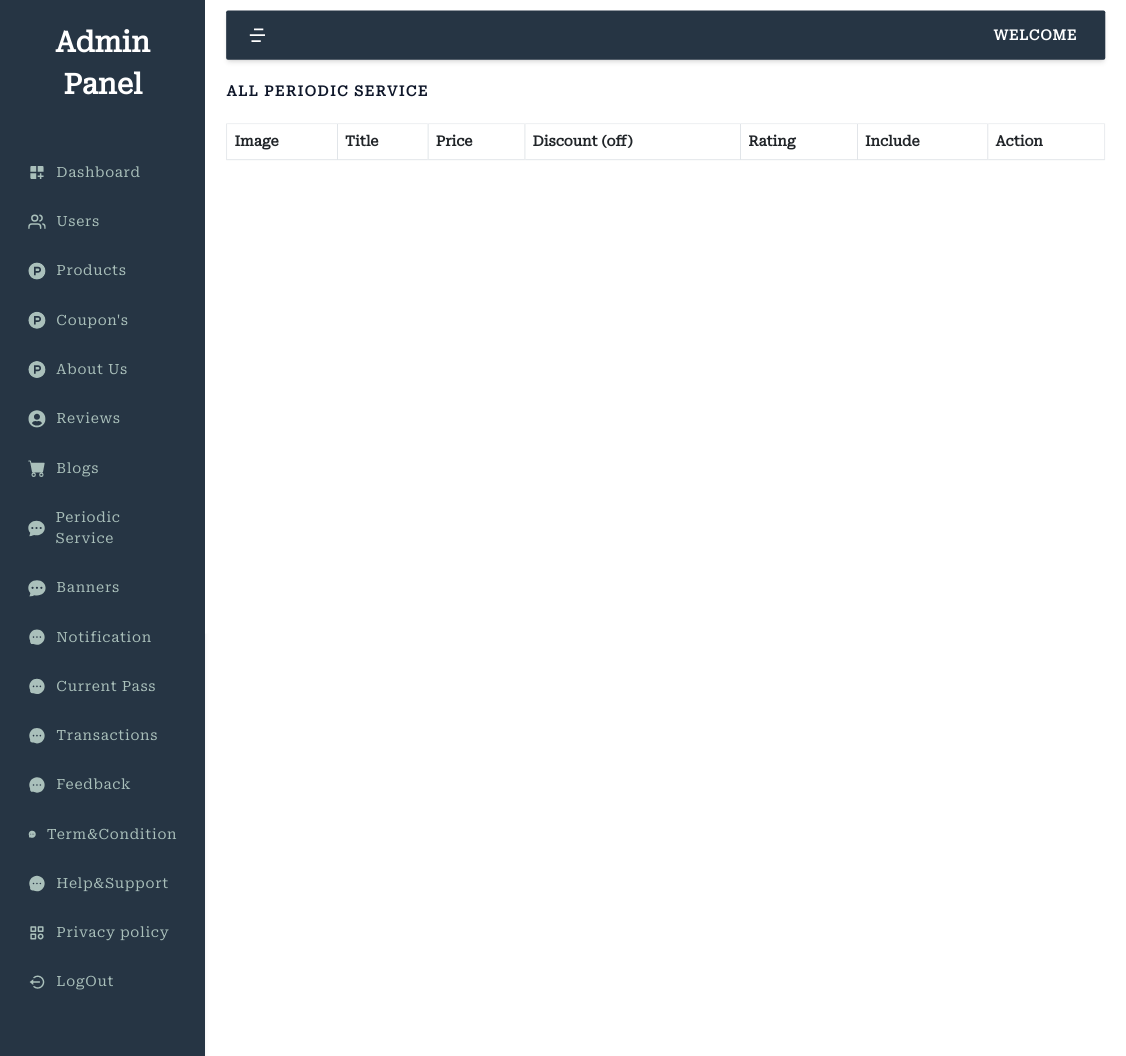
Repository: FlyweisReact/Arun-Chauhan
Page: /complaint
These files come from the project's save history. The page is drawn as it stood at one moment and after a run of saves; the edit follows.
The browser window is 1280 px wide. The pictures show the whole page, at 88% of full size.
Some web libraries are served in a nearby version. The project was rebuilt for these pictures with package versions that can differ from the ones it lists, and the page was loaded fresh each time. Also part of the build but not shown: src/components/forms/Login.jsx, src/components/layout/Navbar.jsx, src/components/layout/Sidebar.jsx, src/components/layout/HOC.jsx, src/components/pages/Dashboard.jsx, src/components/vendorPanel/components/pages/Message/Message.js, src/components/pages/UserKundli/UserKundli.jsx, src/components/pages/discount/Discount.jsx and 27 more.

Above is the page before, as saved 2023-03-14 15:05:58.

### public/index.html
<!-- @format -->

<!DOCTYPE html>
<html lang="en">
  <head>
    <meta charset="utf-8" />
    <!-- <link rel="icon" href="%PUBLIC_URL%/favicon.png" /> -->
    <meta name="viewport" content="width=device-width, initial-scale=1" />
    <meta name="theme-color" content="#000000" />
    <meta
      name="description"
      content="Web site created using create-react-app"
    />
    <link rel="apple-touch-icon" href="%PUBLIC_URL%/favicon.ico?v=2" />



    <link rel="manifest" href="%PUBLIC_URL%/manifest.json" />
    <link rel="preconnect" href="https://fonts.googleapis.com">
    <link rel="preconnect" href="https://fonts.gstatic.com" crossorigin>
    <link href="https://fonts.googleapis.com/css2?family=Roboto+Serif&display=swap" rel="stylesheet">
    <title>Arun   Panel</title>
  </head>
  <body>
    <noscript>You need to enable JavaScript to run this app.</noscript>
    <div id="root"></div>
    <script src="https://code.jquery.com/jquery-3.6.0.min.js"></script>
    <script src="https://kit.fontawesome.com/b533b351e4.js" crossorigin="anonymous"></script>
  </body>
</html>

### src/index.js
import React from "react";
import ReactDOM from "react-dom/client";
import "./index.css";
import App from "./App";
import { BrowserRouter } from "react-router-dom";
import 'bootstrap/dist/css/bootstrap.min.css'

const root = ReactDOM.createRoot(document.getElementById("root"));
root.render(
  <React.StrictMode>
    <BrowserRouter>
      <App />
    </BrowserRouter>
  </React.StrictMode>
);

### src/index.css
/** @format */

@tailwind base;
@tailwind components;
@tailwind utilities;




body {
  margin: 0;
  font-family: 'Roboto Serif', serif  !important;
  -webkit-font-smoothing: antialiased;
  -moz-osx-font-smoothing: grayscale;
}

/* Wcomponents */
.wcomp::-webkit-scrollbar {
  width: 0px;
}
::-webkit-scrollbar {
  width: 0px;
}
::-webkit-scrollbar-track {
  background: #696f78;
}
/* Handle */
::-webkit-scrollbar-thumb {
  background: #b4b8bf;
}

.main-card--container {
  display: grid;
  grid-template-columns: repeat(3, minmax(300px, 500px));
  grid-gap: 50px;
  justify-content: space-around;
}
.card-container {
  margin: 25px 0 auto;
  position: relative;
  display: grid;
  grid-template-columns: 1fr;
  justify-content: space-around;
  align-items: flex-start;
}

.img-thumbnail {
  width: 80px;
}
.img-large {
  max-width: 80%;
}

.formInput {
  padding: 5px;
}

.BannerImg{
  display: grid;
  grid-template-columns: auto auto auto;
  margin: 20px;
  justify-content: space-evenly;
  text-align: center;
}
.BannerImg div{
  box-shadow: rgba(0, 0, 0, 0.35) 0px 5px 15px;
  padding: 10px;

}
.BannerImg img{
  width: 400px;
  height: 200px;
}


li{
  list-style: disc;
}
.carouselImages{
  width: 200px !important;
}
.Car{
  width: 200px !important;
}

.three-Sec{
  display: grid;
  justify-content: space-evenly;
  grid-template-columns: auto auto auto;
  text-align: center;
  color: black;

}
.three-Sec div{
  box-shadow: rgba(0, 0, 0, 0.35) 0px 5px 15px;
  margin-top: 40px;
  padding : 10px;
}
.three-Sec img{
  width: 400px;
}
.three-Sec p{
  font-size: 20px;
  font-weight: bold;
  margin: 0;
}
.three-Sec button{
  border: 1px solid #B80000;
  background-color: #ffff;
  color: #B80000;
  width: 100%;
  padding: 3px;
  margin-top: 10px;
  font-size: 20px;
  transition: 0.5s;
}

.three-Sec button:hover{
  background-color: #B80000;
  color: #ffff;
}

### src/App.js
/** @format */

import { Routes, Route } from "react-router-dom";
import Login from "./components/forms/Login";
import Dashboard from "./components/pages/Dashboard";
import { ToastContainer } from "react-toastify";
import MSG from "./components/vendorPanel/components/pages/Message/Message";
import "react-toastify/dist/ReactToastify.css";
import UserKundli from "./components/pages/UserKundli/UserKundli";
import Discount from "./components/pages/discount/Discount";
import Chat from "./components/pages/reactChat/Chat";
import Horoscope from "./components/pages/horoScope/Horoscope";
import Specification from "./components/pages/SpecificationPage/Specification";
import VendorLogin from "./components/vendorPanel/components/forms/VendorLogin";
import VendorDashboard from "./components/vendorPanel/components/pages/VendorDashboard";
import Fedd from "./components/pages/FeedBack/Fedd";
import Users from "./components/vendorPanel/components/pages/Users/Users";
import TimeSlots from "./components/pages/TimeSlots/TimeSlots";
import Documents from "./components/pages/Documents/Documents";
import Notify from "./components/pages/Notifications/Notify";
import ProductDetail from "./components/pages/FeedBack/ProductDetail";
import Product from "./components/vendorPanel/components/pages/Products/Product";
import Category from "./components/vendorPanel/components/pages/Category/Category";
import Order from "./components/vendorPanel/components/pages/Orders/Order";
import Complaint from "./components/vendorPanel/components/pages/Complaint/Complaint";
import Vendor from "./components/vendorPanel/components/pages/Vendors/Vendor";
import SubCategory from "./components/pages/Subcategory/SubCategory";
import Tour from "./components/vendorPanel/components/pages/Tour";
import Transaction from "./components/vendorPanel/components/pages/Transaction";
import Privacy from "./components/vendorPanel/components/pages/Terms/Privacy";
import Terms from "./components/vendorPanel/components/pages/Terms/Terms";
import Transactions from './components/vendorPanel/components/pages/Users/Transactions'
import CurrentPass from "./components/vendorPanel/components/pages/Users/CurrentPass";
import Offers from "./components/vendorPanel/components/pages/Users/Offers";
import FeedBack from "./components/vendorPanel/components/pages/Users/FeedBack";
import TermsCon from "./components/vendorPanel/components/pages/Users/TermsCon";
import HelpSupport from "./components/vendorPanel/components/pages/Users/HelpSupport";

function App() {
  return (
    <>
      <ToastContainer />

      <Routes>
        <Route path="/vendorLogin" element={<Login />} />
        <Route path="/dashboard" element={<Dashboard />} />
        <Route path="/userkundli" element={<UserKundli />} />
        <Route path="/discount" element={<Discount />} />
        <Route path="/horoscope" element={<Horoscope />} />
        <Route path="/specification" element={<Specification />} />


        <Route path="/chat" element={<Chat />} />
        <Route path="feedback" element={<Fedd />} />
        <Route path="/time" element={<TimeSlots />} />
        <Route path="/document" element={<Documents />} />
        <Route path="/subCategory" element={<SubCategory />} />
        <Route path="/not" element={<Notify />} />
        <Route path="/viewProduct/:id" element={<ProductDetail />} />


        {/* Admin Panel */}
        <Route path="/" element={<VendorLogin />} />
        <Route path="/ven" element={<Vendor />} />
        <Route path="/product" element={<Product />} />
        <Route path="/tour" element={<Tour />} />
        <Route path='/transaction' element={<Transaction />} />
        <Route path="/users" element={<Users />} />
        <Route path="/order" element={<Order />} />
        <Route path="/msg" element={<MSG />} />
        <Route path="/complaint" element={<Complaint />} />
        <Route path="/vendorDashboard" element={<VendorDashboard />} />
        <Route path="/category" element={<Category />} />
        <Route path="/privacy" element={<Privacy />} />
        <Route path="/terms" element={<Terms />} />
        <Route path="/trans" element={<Transactions />} />
        <Route path="/currentPass" element={<CurrentPass />} />
        <Route path="/offers" element={<Offers />} />
        <Route path="/feedBacks" element={<FeedBack />} />
        <Route path="/termsCon" element={<TermsCon />} />
        <Route path='/helpSupport' element={<HelpSupport />} />
      </Routes>
    </>
  );
}

export default App;

### src/components/vendorPanel/components/pages/Complaint/Complaint.js
/** @format */
import React, {  useState } from "react";
import { Table , Modal ,Button , Form} from "react-bootstrap";
import HOC from "../../layout/HOC";



const Complaint = () => {
  const [modalShow, setModalShow] = useState(false);


  function MyVerticallyCenteredModal(props) {
    return (
      <Modal
        {...props}
        size="lg"
        aria-labelledby="contained-modal-title-vcenter"
        centered
      >
        <Modal.Header closeButton>
          <Modal.Title id="contained-modal-title-vcenter">
            Update Help&Support
          </Modal.Title>
        </Modal.Header>
        <Modal.Body>
          <Form>
            <Form.Group className="mb-3">
              <Form.Label>Name</Form.Label>
              <Form.Control
                type="text"
              />
          </Form.Group>
            <Form.Group className="mb-3">
              <Form.Label>Email</Form.Label>
              <Form.Control
                type="text"
              />
            </Form.Group>
            <Button variant="outline-success" type="submit">
              Submit
            </Button>
          </Form>
        </Modal.Body>
        <Modal.Footer></Modal.Footer>
      </Modal>
    );
  }





  return (
    <>

<MyVerticallyCenteredModal
          show={modalShow}
          onHide={() => setModalShow(false)}
        />

      <section>
        <div className="pb-4 sticky top-0  w-full flex justify-between items-center bg-white">
          <span className="tracking-widest text-slate-900 font-semibold uppercase ">
          All Periodic Service
          </span>
        </div>

        <div style={{ maxWidth: "100%", overflow: "auto" }}>
          <Table striped bordered hover>
            <thead>
              <tr>
                <th> Image</th>
                <th> Title</th>
                <th> Price</th>
                <th> Discount (off)</th>
                <th>Rating</th>
                <th>Include</th>
                <th>Action</th>
              </tr>
            </thead>
            <tbody>

            </tbody>
          </Table>
        </div>
      </section>
    </>
  );
};


export default HOC(Complaint);

### src/components/vendorPanel/components/layout/HOC.jsx
import React, { useState } from "react";
import Navbar from "./Navbar";
import Sidebar from "./Sidebar";

const HOC = (Wcomponenet) => {
  return function Component() {
    const [hamb, setHamb] = useState(false);
    return (
      <>
        <section className="flex overflow-x-hidden relative">
          {/* Sidebar */}
          <div
            className={
              hamb
                ? " absolute top-0 z-30 md:w-auto shadow-md bg-slate-200  w-60 transition-all md:-left-full left duration-150  h-auto overflow-y-auto  left-0 "
                : " md:w-72 z-30 bg-slate-200  shadow-md  md:static absolute top-0 -left-full   transition-all duration-150  overflow-y-auto h-auto"
            }
          >
            <Sidebar hamb={hamb} setHamb={setHamb} />
          </div>
          {/* Components & Navbar */}
          <div
            className={
              hamb
                ? " transition-all px-4 py-2  bg-white duration-150 w-full h-screen"
                : " w-full h-screen  px-4 py-2  bg-white z-50 transition-all duration-150 "
            }
          >
            <Navbar hamb={hamb} setHamb={setHamb} />
            <div className="my-6 text-white h-[87%] wcomp overflow-y-auto">
              <Wcomponenet />
            </div>
          </div>
        </section>
      </>
    );
  };
};

export default HOC;

### src/components/vendorPanel/components/layout/Navbar.jsx
/** @format */

import { RiMenu4Line } from "react-icons/ri";

const Navbar = ({ hamb, setHamb }) => {

  return (
    <>

      <div
        className={
          hamb
            ? "flex  w-full justify-between  my-1 rounded-sm  p-4 py-3 shadow-md items-center  bg-slate-200 space-x-4"
            : "flex  w-full justify-between my-1 rounded-sm  p-4 py-3 shadow-md items-center  bg-slate-200 space-x-4"
        }
        style={{   backgroundColor: "#263544", color : "#fff"}}
      >
        <RiMenu4Line
          onClick={() => setHamb(!hamb)}
          className="text-2xl font-bold text-#fff-900 hover:scale-90 cursor-pointer"
        />

        <section className="flex sm:ml-auto justify-end sm:w-full items-center space-x-2  pr-2">
          <figcaption className="tracking-wider pl-1 font-semibold">
            <div className="lg:text-base text-sm text-#fff-900  uppercase" >
              Welcome
            </div>
          </figcaption>
        </section>


      </div>
    </>
  );
};

export default Navbar;

### src/components/vendorPanel/components/layout/Sidebar.jsx
/** @format */

import React from "react";
import { RiCloseLine } from "react-icons/ri";
import { Link, useNavigate } from "react-router-dom";
import { BsFillCartFill } from "react-icons/bs";
import { BiLogOutCircle ,BiCategory } from "react-icons/bi";
import { MdDashboardCustomize } from "react-icons/md";
import { BsFillChatDotsFill } from "react-icons/bs";
import { AiFillMessage } from "react-icons/ai";
import {FaProductHunt , FaUserCircle} from 'react-icons/fa'
import {FiUsers} from 'react-icons/fi'

const Sidebar = ({ hamb, setHamb }) => {
  const navigate = useNavigate();

  const nav = [
    {
      icon: <MdDashboardCustomize className="text-xl mr-3 rounded-full " />,
      link: "/vendorDashboard",
      name: "Dashboard",
    },
    {
      icon: <FiUsers className="text-xl mr-3" />,
      link: "/ven",
      name: "Users",
    },
    {
      icon: <FaProductHunt className="text-xl mr-3 rounded-full " />,
      link: "/tour",
      name: "Products",
    },
    {
      icon: <FaProductHunt className="text-xl mr-3 rounded-full " />,
      link: "/product",
      name: "Coupon's",
    },
    {
      icon: <FaProductHunt className="text-xl mr-3 rounded-full " />,
      link: "/transaction",
      name: "About Us",
    },
    {
      icon: <FaUserCircle className="text-xl mr-3" />,
      link: "/users",
      name: "Reviews",
    },
    {
      icon: <BsFillCartFill className="text-xl mr-3" />,
      link: "/order",
      name: "Blogs",
    },
    {
      icon: <BsFillChatDotsFill className="text-xl mr-3" />,
      link: "/complaint",
      name: "Periodic Service",
    },
    {
      icon: <BsFillChatDotsFill className="text-xl mr-3" />,
      link: "/offers",
      name: "Banners",
    },
    {
      icon: <AiFillMessage className="text-xl mr-3 rounded-full " />,
      link: "/msg",
      name: "Notification",
    },
    {
      icon: <AiFillMessage className="text-xl mr-3 rounded-full " />,
      link: "/currentPass",
      name: "Current Pass",
    },
    {
      icon: <AiFillMessage className="text-xl mr-3 rounded-full " />,
      link: "/trans",
      name: "Transactions",
    },
    {
      icon: <AiFillMessage className="text-xl mr-3 rounded-full " />,
      link: "/feedBacks",
      name: "Feedback",
    },
    {
      icon: <AiFillMessage className="text-xl mr-3 rounded-full " />,
      link: "/termsCon",
      name: "Term&Condition",
    },
    {
      icon: <AiFillMessage className="text-xl mr-3 rounded-full " />,
      link: "/helpSupport",
      name: "Help&Support",
    },
    {
      icon: <BiCategory className="text-xl mr-3" />,
      link: "/privacy",
      name: "Privacy policy",
    }
  ];

  const logOut = () => {
    localStorage.removeItem("token");
    navigate("/vendorLogin");
  };

  return (
    <>
      <div className="p-4 h-auto"   style={{
          backgroundColor: "#263544",
          minHeight : '100vh'
        }}>
        {/* Top */}
        <div className="w-full md:hidden relative  p-2 mb-4">
          <RiCloseLine
            onClick={() => setHamb(!hamb)}
            className="text-3xl  absolute top-2 sm:hover:rotate-[228deg] transition-transform font-bold right-2 sm:hover:text-[22px] text-[rgb(241,146,46)] cursor-pointer"
          />
        </div>
        {/* Logo */}
        <figure className="flex  flex-col items-center">
        <span
            className="font-bold text-[rgb(241,146,46)]"
            style={{ fontSize: "2rem", textAlign: "center", color: "#fff" }}
          >
            Admin Panel
          </span>
        </figure>
        {/* Nav-menu */}
        <nav className="py-6">
          {nav.map((nav) => {
            return (
              <Link to={nav.link} key={nav.name} className="" style={{textDecoration : 'none'}}>
                <span className="flex my-3 items-center cursor-pointer    tracking-wider p-2 rounded-sm"  style={{ color: "#aac0bb"  , textDecoration : 'none'}}>
                  {nav.icon} {nav.name}
                </span>
              </Link>
            );
          })}
          <span
            className="flex my-3 items-center cursor-pointer   tracking-wider p-2 rounded-sm"
            onClick={() => logOut()}
            style={{ color: "#aac0bb" }}
          >
            <BiLogOutCircle className="text-xl mr-3 rounded-full " /> LogOut
          </span>
        </nav>
      </div>
    </>
  );
};

export default Sidebar;

Loaded but not shown: tailwind.config.js (common file)

After the next 3 saves:
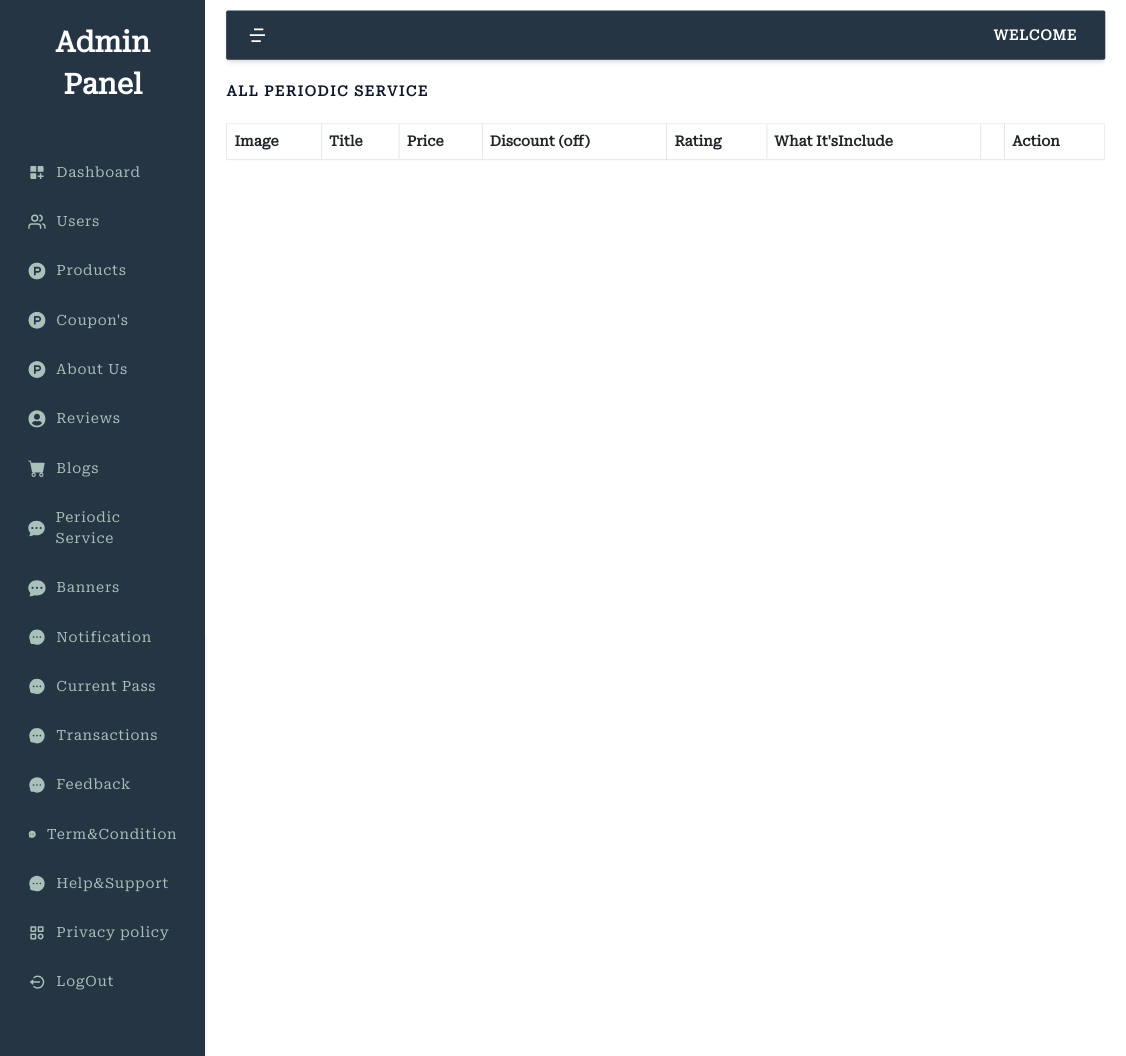
The 3 saves are shown as one change because they came seconds apart.
The last was saved 25 s later.
--- a/src/components/vendorPanel/components/pages/Complaint/Complaint.js
+++ b/src/components/vendorPanel/components/pages/Complaint/Complaint.js
@@ -74,7 +74,8 @@ const Complaint = () => {
                 <th> Price</th>
                 <th> Discount (off)</th>
                 <th>Rating</th>
-                <th>Include</th>
+                <th>What It'sInclude</th>
+                <th></th>
                 <th>Action</th>
               </tr>
             </thead>
